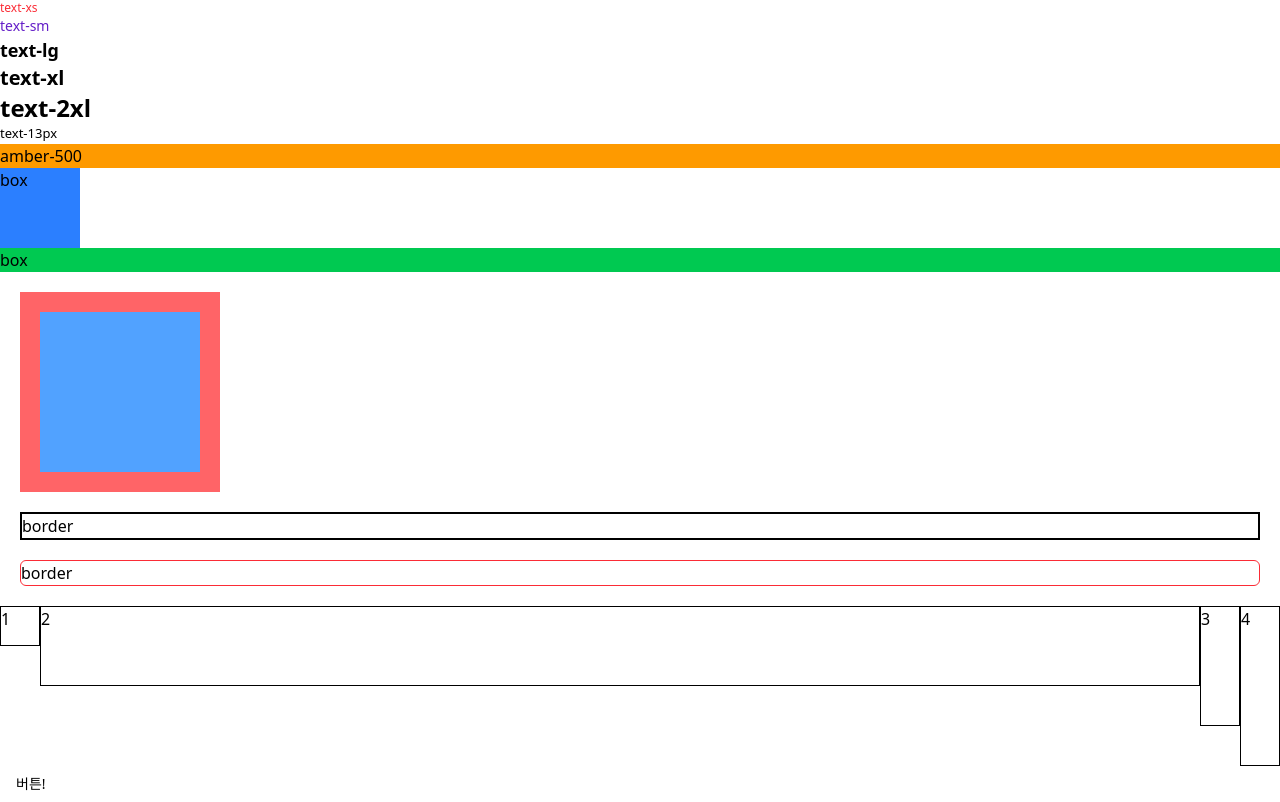
Repository: kkhhjjoo/onebite-tailwind
Page: /
An editor plug-in stored every save of this project. The page is shown before and after the next save, followed by the edit.
The browser window is 1280 px wide. The pictures show the whole page.
The project was rebuilt for these pictures with package versions that can differ from the ones it lists, and the page was loaded fresh each time. Also part of the build but not shown: vite.config.ts, src/App.css.

Above is the page before, as saved 2025-12-24 20:27:01.

After the next save:
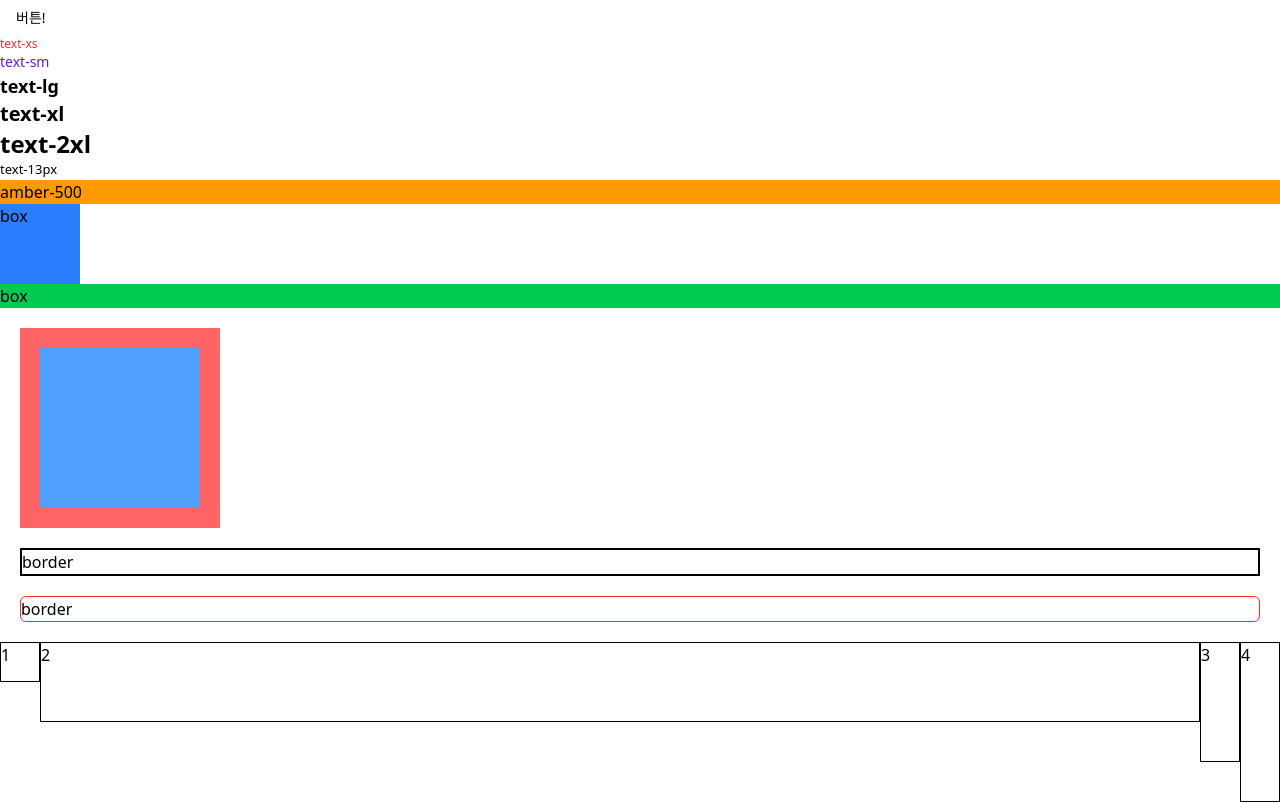
Saved 75 s later.
--- a/src/App.tsx
+++ b/src/App.tsx
@@ -4,6 +4,7 @@ import { Button } from "@/components/ui/button";
 function App() {
   return (
     <div>
+      <Button>버튼!</Button>
       {/* 1. 타이포그래프 */}
       <div className="text-xs text-red-500">text-xs</div>
       <div className="text-sm text-[rgb(100,30,200)]">text-sm</div>
@@ -38,7 +39,6 @@ function App() {
         <div className="h-30 w-10 border">3</div>
         <div className="h-40 w-10 border">4</div>
       </div>
-      <Button>버튼!</Button>
     </div>
   );
 }
